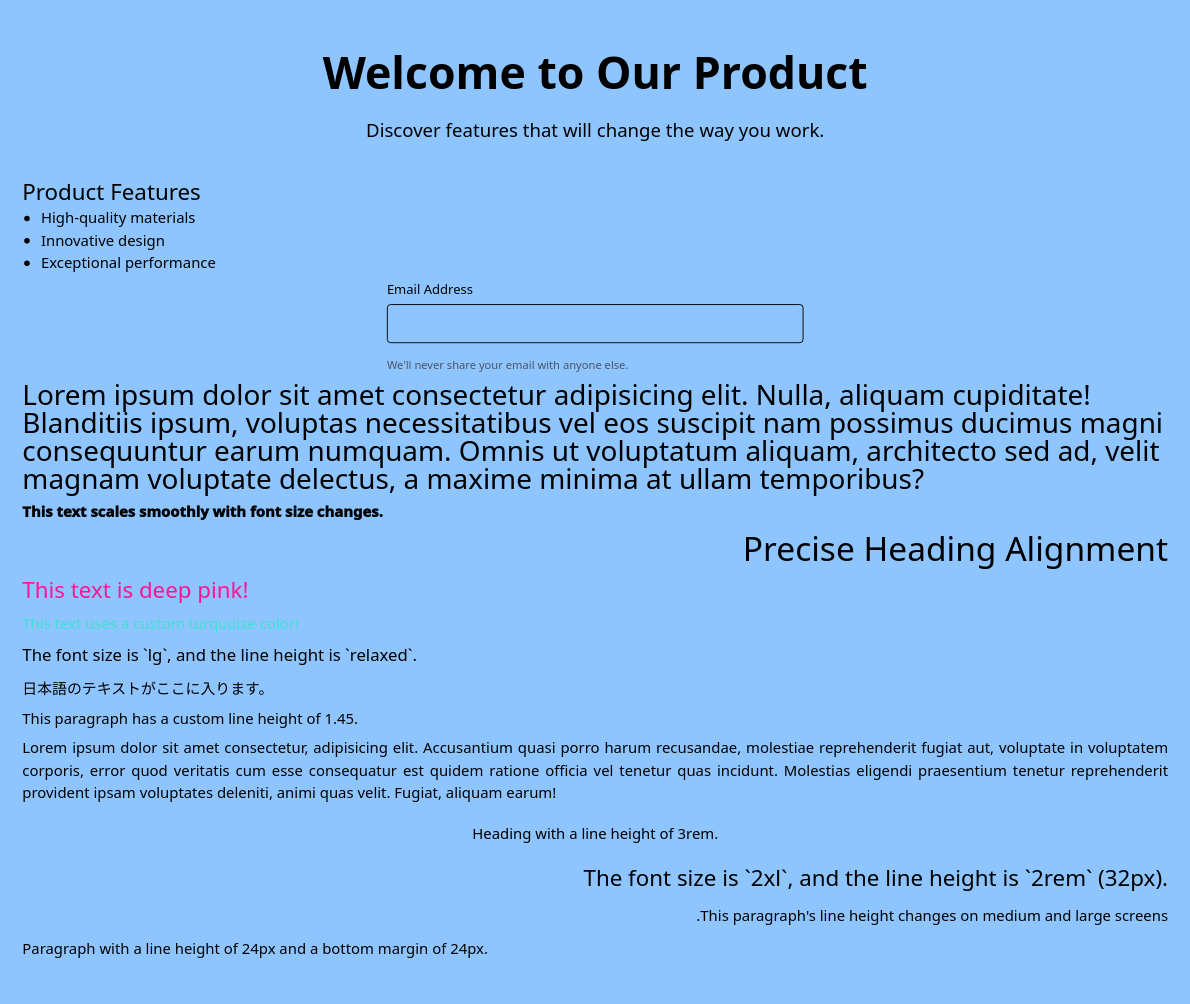
Repository: DinTri/TailwindCss
Page: index.html
The author's editor kept a copy of each file at every save. The page is drawn from the files as they stood at one save, then again after the next save.
The browser window is 1280 px wide. The pictures show the whole page, at 93% of full size.
Some web fonts or font styles are not loaded; a fallback is used.

Above is the page before, as saved 2025-06-09 22:06:11.

After the next save:
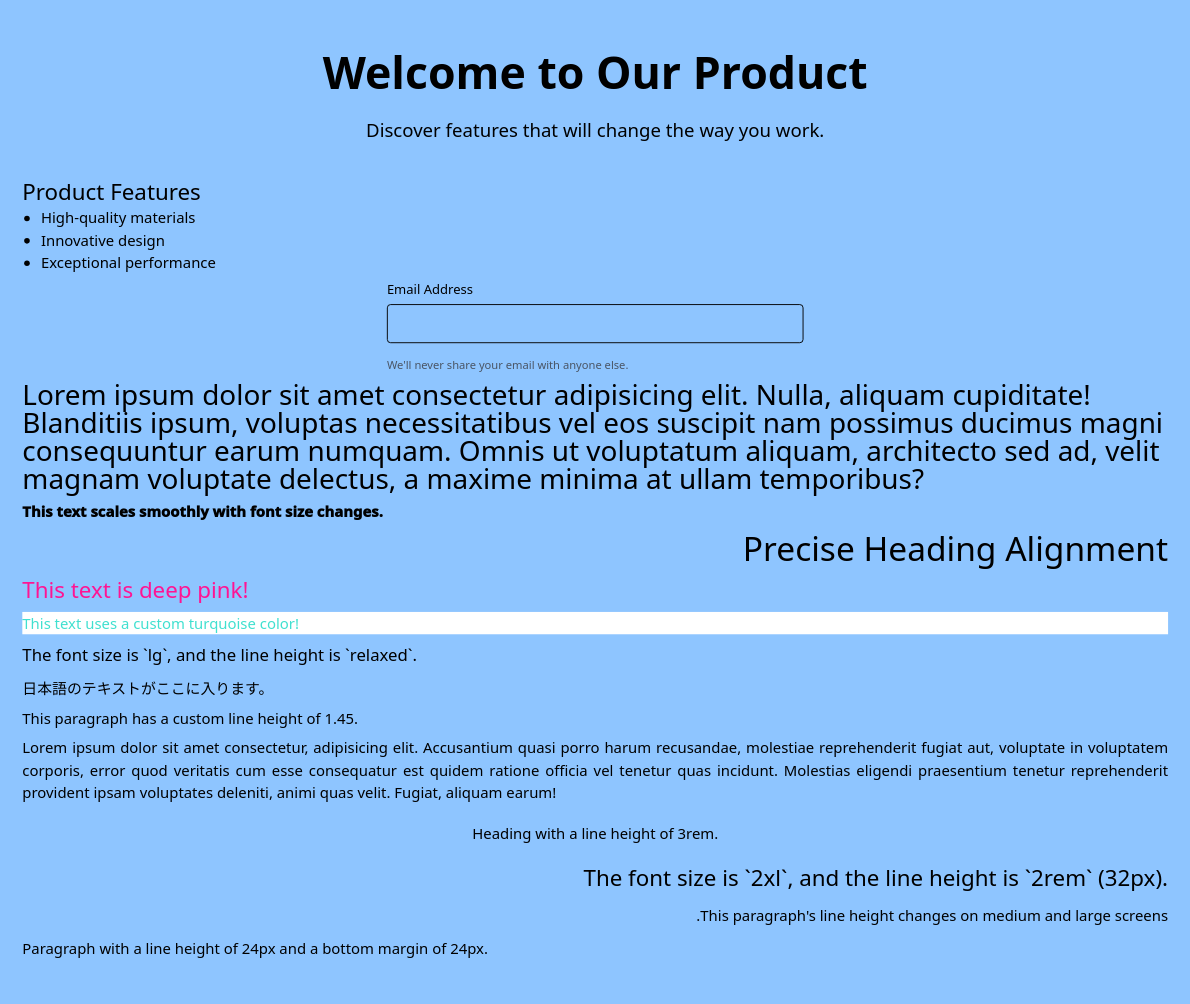
Saved 25 s later.
--- a/index.html
+++ b/index.html
@@ -48,7 +48,7 @@
 <p class="text-2xl font-medium text-[var(--color-deeppink)]">
   This text is deep pink!
 </p>
-<p class="text-[var(--color-turquoise)]">
+<p class="text-[var(--color-turquoise)] bg-white">
   This text uses a custom turquoise color!
 </p>
 <p class="text-lg/relaxed">
